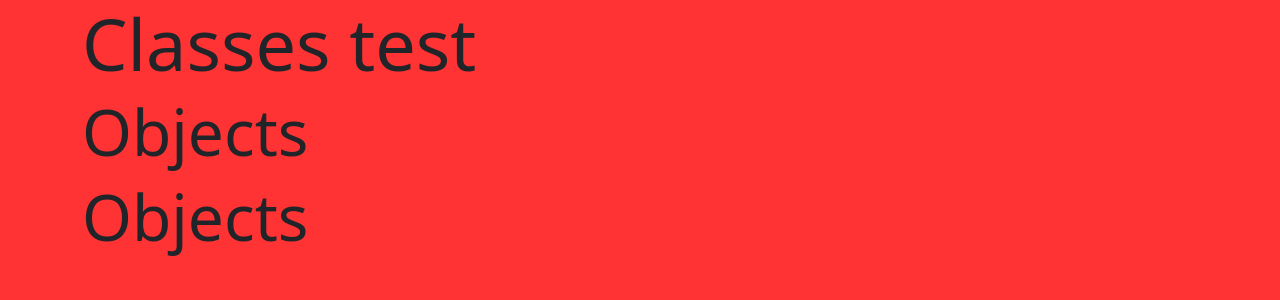
Repository: danieltikamori/wdb
Page: JavaScript/JS-classes/index.html
The author's editor kept a copy of each file at every save. The page is drawn from the files as they stood at one save, then again after the next save.
The browser window is 1280 px wide. The pictures show the whole page.

Above is the page before, as saved 2023-01-29 12:26:06.

After the next save:
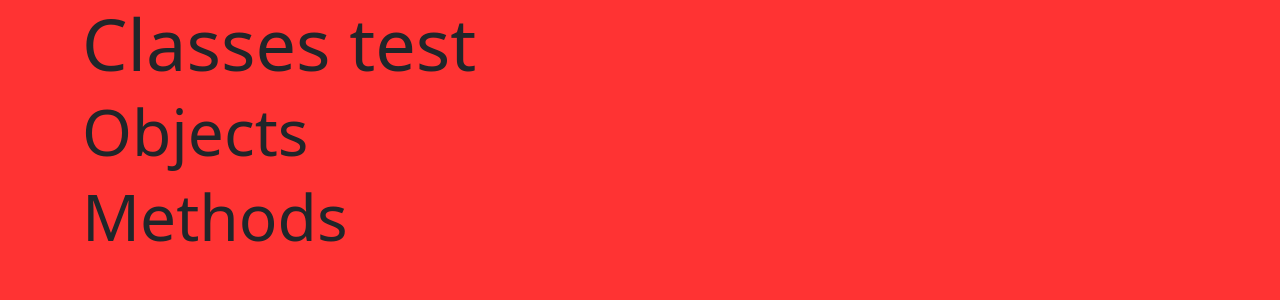
Saved 1 s later.
--- a/JavaScript/JS-classes/index.html
+++ b/JavaScript/JS-classes/index.html
@@ -11,7 +11,7 @@
 <div class="container">
   <h1 class="display-2">Classes test</h1>
   <h2 class="display-3">Objects</h2>
-  <h2 class="display-3">Objects</h2>
+  <h2 class="display-3">Methods</h2>
 </div>
 
 
